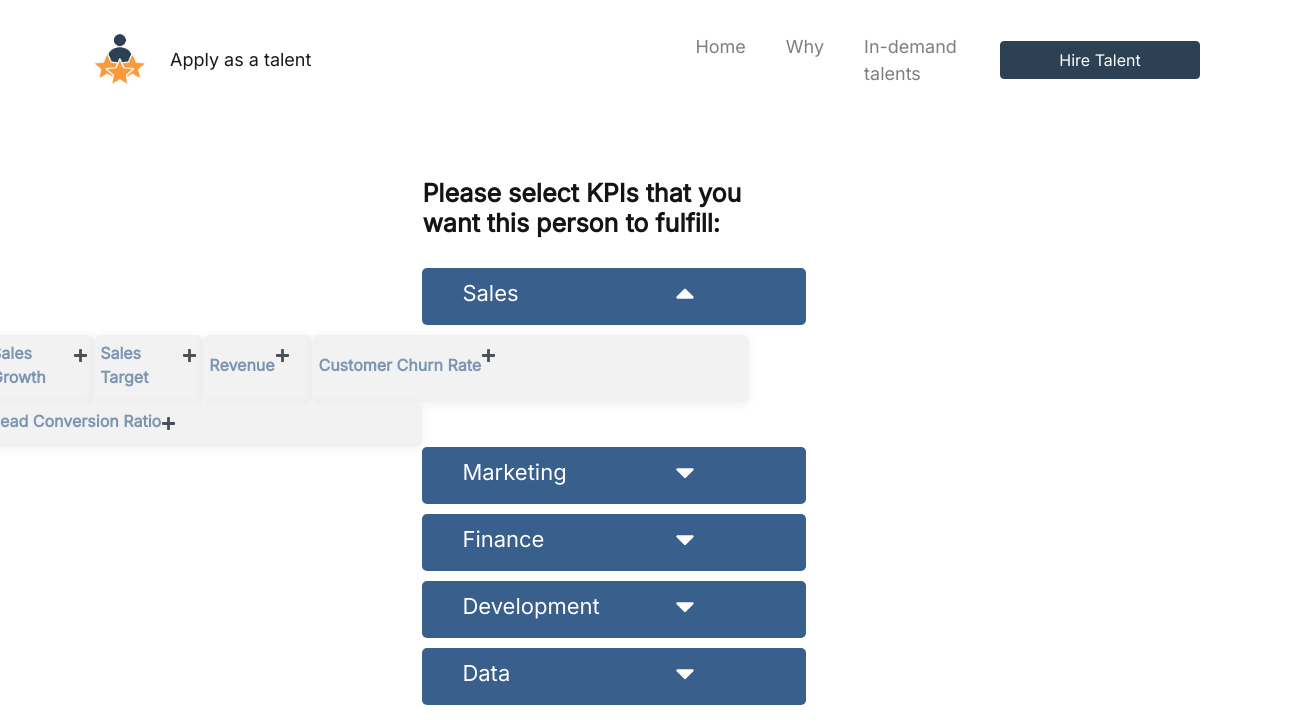
Repository: Ashwe9/talent-hire-reactJs
Page: /kpis, after clicking the first element matching `div.dropdown-box`
The author's editor kept a copy of each file at every save. The page is drawn from the files as they stood at one save, then again after the next save.
The browser window is 1280 px wide. The page is 1295 px wide, so the pictures cover 1295 px, including what lies to the right of the window. The pictures show the whole page.
The project was rebuilt for these pictures with package versions that can differ from the ones it lists, and the page was loaded fresh each time. A package was used in the major version that the imports need, not the one package.json lists. Also part of the build but not shown: src/homePage/components/TrustedBy/TrustedBy.css, src/homePage/components/TrustedBy/TrustedBy.js, src/homePage/components/Roles/Roles.css, src/homePage/components/Roles/Roles.js, src/homePage/components/homePageFooter/HomePageFooter.css, src/homePage/components/homePageFooter/HomePageFooter.js, src/homePage/HomePage.js, src/projectDetails/ProjectDetails.js.

Above is the page before, as saved 2022-08-18 17:10:24.

After the next save:
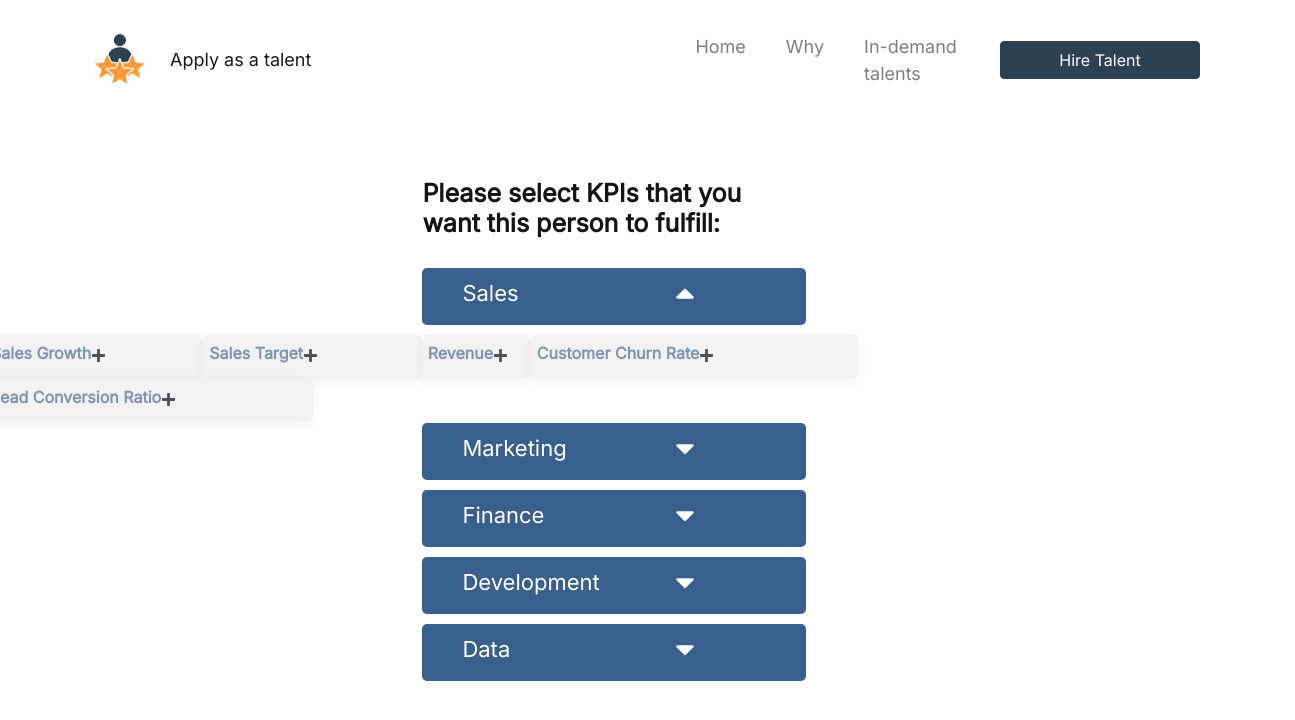
Saved 15 s later.
--- a/src/kpisPage/Talents.js
+++ b/src/kpisPage/Talents.js
@@ -29,11 +29,11 @@ const Talents = ({title}) => {
         <div className='talents-box'>
           <form className='check-form'>
             <div className='row'>
-              <div className={`col-1 ${checked_1%2===1 ? "talent-item-active" : "talent-item"}`} onClick={incrementCount1}>
+              <div className={`col-2 ${checked_1%2===1 ? "talent-item-active" : "talent-item"}`} onClick={incrementCount1}>
                 <label className={`${checked_1%2===1 ? "talent-item-paragraph-active" : "talent-item-paragraph"}`}>Sales Growth</label>
                 <a> { checked_1%2===0 ? <FaPlus id='icon+' size={15}  /> : <FaMinus id='icon-' size={15}  />}</a>
               </div>
-              <div className={`col-1 ${checked_2%2===1 ? "talent-item-active" : "talent-item"}`} onClick={incrementCount2}>
+              <div className={`col-2 ${checked_2%2===1 ? "talent-item-active" : "talent-item"}`} onClick={incrementCount2}>
                 <label className={`${checked_2%2===1  ? "talent-item-paragraph-active" : "talent-item-paragraph"}`}>Sales Target</label>
                 <a> { checked_2%2===0 ? <FaPlus id='icon+' size={15}  /> : <FaMinus id='icon-' size={15}  />}</a>
               </div>
@@ -41,13 +41,13 @@ const Talents = ({title}) => {
                 <label className={`${checked_3%2===1  ? "talent-item-paragraph-active" : "talent-item-paragraph"}`}>Revenue</label>
                 <a> { checked_3%2===0 ? <FaPlus id='icon+' size={15}  /> : <FaMinus id='icon-' size={15}  />}</a>
               </div>
-              <div className={`col-4 ${checked_4%2===1 ? "talent-item-active" : "talent-item"}`} onClick={incrementCount4}>
+              <div className={`col-3 ${checked_4%2===1 ? "talent-item-active" : "talent-item"}`} onClick={incrementCount4}>
                 <label className={`${checked_4%2===1  ? "talent-item-paragraph-active" : "talent-item-paragraph"}`}>Customer Churn Rate</label>
                 <a> { checked_4%2===0 ? <FaPlus id='icon+' size={15}  /> : <FaMinus id='icon-' size={15}  />}</a>
               </div>
             </div>
             <div className='row'>
-              <div className={`col-4 ${checked_5%2===1 ? "talent-item-active" : "talent-item"}`} onClick={incrementCount5}>
+              <div className={`col-3 ${checked_5%2===1 ? "talent-item-active" : "talent-item"}`} onClick={incrementCount5}>
                 <label className={`${checked_5%2===1  ? "talent-item-paragraph-active" : "talent-item-paragraph"}`}>Lead Conversion Ratio</label>
                 <a> { checked_5%2===0 ? <FaPlus id='icon+' size={15}  /> : <FaMinus id='icon-' size={15}  />}</a>
             </div>
